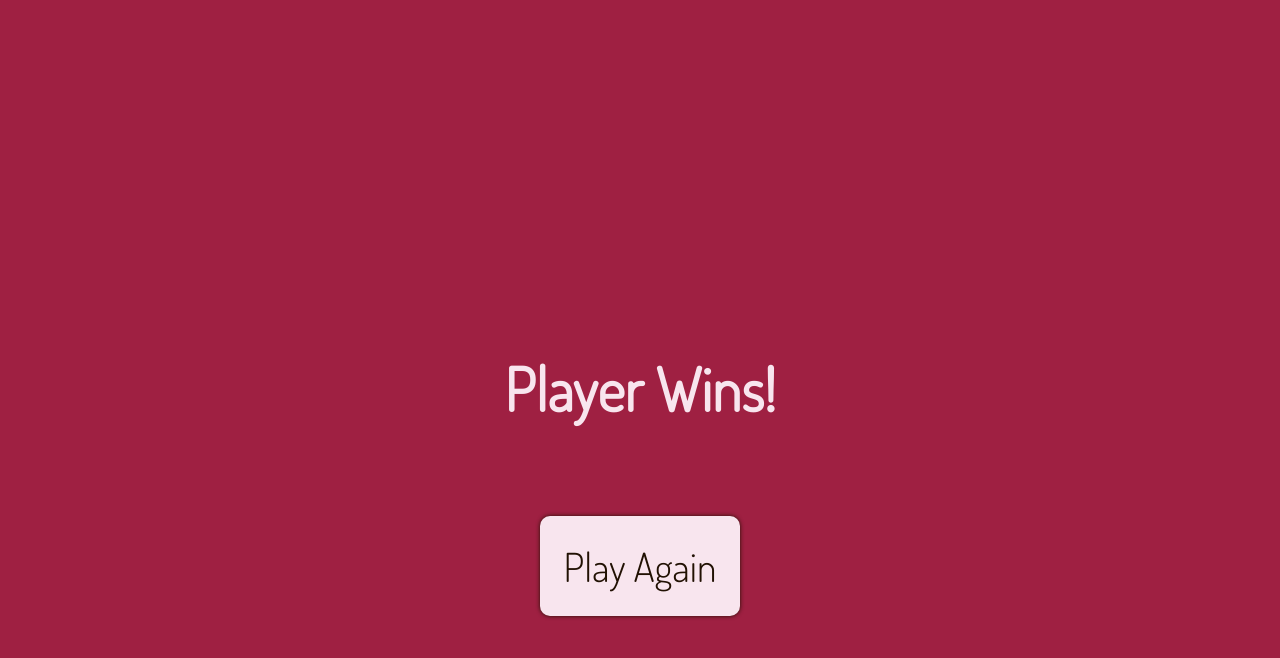
Repository: shayanabedi98/rock-paper-scissors
Page: loser.html
An editor plug-in stored every save of this project. The page is shown before and after the next save, followed by the edit.
The browser window is 1280 px wide. The pictures show the whole page.

Above is the page before, as saved 2023-07-14 19:19:53.
Console error: TypeError: Cannot read properties of null (reading 'addEventListener')

After the next save:
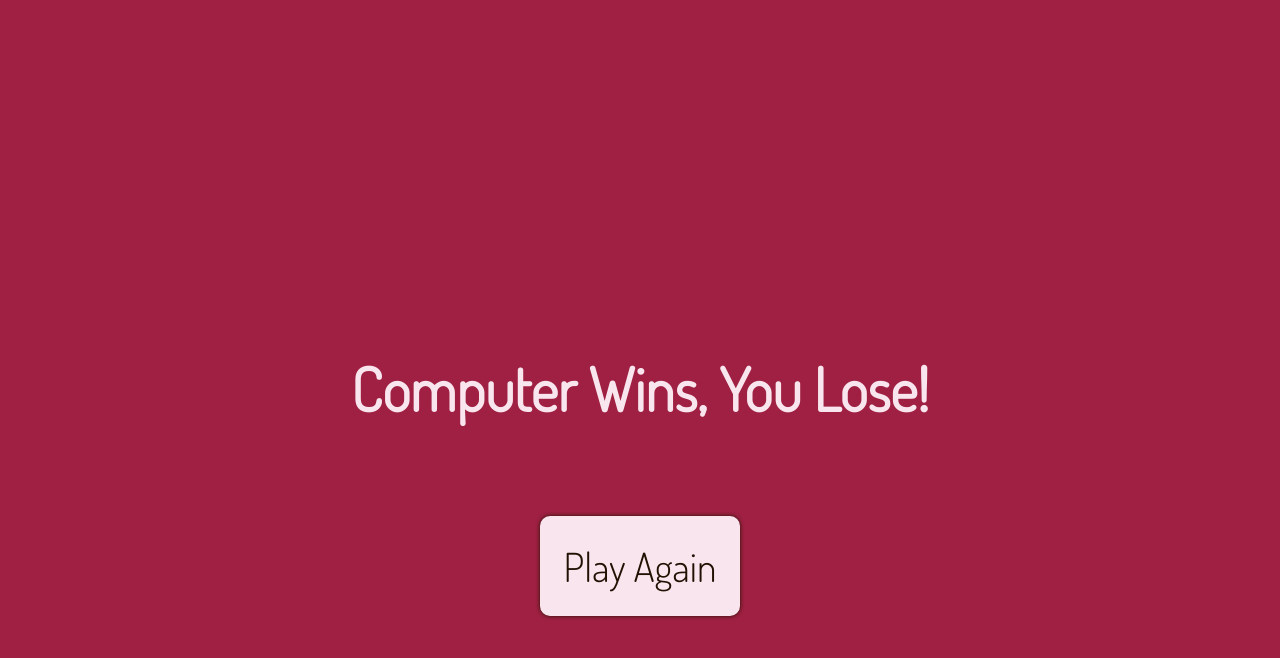
Saved 19 s later.
--- a/loser.html
+++ b/loser.html
@@ -11,7 +11,7 @@
 </head>
 <body>
     <div class="winner">
-        <h1 class="winner-header">Player Wins!</h1>
+        <h1 class="winner-header">Computer Wins, You Lose!</h1>
         <button onclick="playAgain()">Play Again</button>
     </div>
     <script src="index.js"></script>
